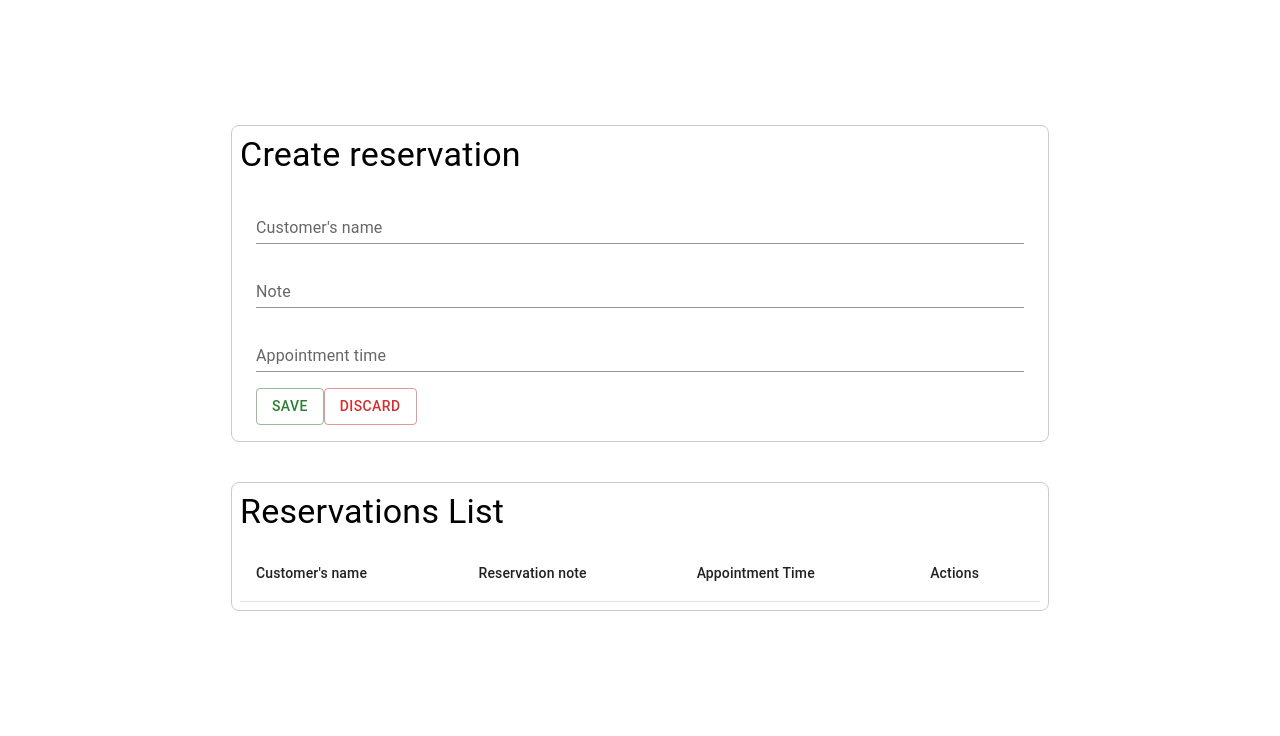
Repository: dovix58/PSP
Page: /beauty (app in frontEnd/)
These files come from the project's save history. The page is drawn as it stood at one moment and after the next save; the edit follows.
The browser window is 1280 px wide. The pictures show the whole page.
The page's requests for data from a server got no answer. The project was rebuilt for these pictures with package versions that can differ from the ones it lists, and the page was loaded fresh each time. No one was signed in, and anything a server would have sent is missing. Also part of the build but not shown: frontEnd/vite.config.ts, frontEnd/src/LandingPage.tsx, frontEnd/src/api/productAPI.ts, frontEnd/src/CreateOrder.tsx, frontEnd/src/api/OrderApi.ts, frontEnd/src/PaymentModal.tsx, frontEnd/src/OrderList.tsx, frontEnd/src/Styles.ts and 3 more.

Above is the page before, as saved 2024-12-19 13:50:01.

### frontEnd/src/main.tsx
import React from 'react';
import ReactDOM from 'react-dom/client';
import {createBrowserRouter, RouterProvider} from "react-router-dom";
import LandingPage from "./LandingPage";
import CateringPage from "./CatringPage";
import BeautyPage from "./BeautyPage";

const router = createBrowserRouter([
    {
        path: '/',
        element: <LandingPage />
    },
    {
        path: '/catering',
        element: <CateringPage />
    },
    {
        path: "/beauty",
        element: <BeautyPage/>
    }
]);
ReactDOM.createRoot(
    document.getElementById('root') as HTMLElement
).render(
    <React.StrictMode>
        <RouterProvider router={router} />
    </React.StrictMode>
);

### frontEnd/src/BeautyPage.tsx
import React from "react";
import { Box } from "@mui/material";
import ReservationList from "./ReservationList";
import CreateReservation from "./CreateReservation";

export default function BeautyPage() {
  return (
    <Box
      component="div"
      sx={{
        display: "flex",
        flexDirection: "column",
        alignItems: "center",
        justifyContent: "center",
        height: "100vh",
        gap: 3,
      }}
    >
      <CreateReservation />
      <ReservationList />
    </Box>
  );
}

### frontEnd/src/ReservationList.tsx
import React, { useEffect, useState } from "react";
import { format } from "date-fns";
import {
  Box,
  Typography,
  CircularProgress,
  Table,
  TableContainer,
  TableHead,
  TableRow,
  TableCell,
  TableBody,
  Button,
} from "@mui/material";

interface Reservation {
  id: string; // UUID
  businessId: string; // UUID
  userId: string; // UUID
  customer: string;
  note: string;
  createdAt: string; // ISO 8601 DateTime format
  updatedAt: string; // ISO 8601 DateTime format
  appointmentTime: string; // ISO 8601 DateTime format
}

type ReservationsResponse = Reservation[];

export default function ReservationList() {
  const [reservations, setReservations] = useState<null | ReservationsResponse>(
    null
  );
  const [isLoading, setIsLoading] = useState(false);

  //Handler for a delete button
  const onDeleteHandler = async (id: string) => {
    try {
      const success = await deleteReservations(id);
      if (success) {
        await getReservations(); // Fetch updated reservations only on success
      }
    } catch (error) {
      console.error("Error during deletion:", error);
    }
  };

  const deleteReservations = async (id: string): Promise<boolean> => {
    try {
      const response = await fetch(`api/v1/reservations/${id}`, {
        method: "DELETE",
      });
      if (response.status === 204) {
        console.log("Reservation deleted successfully.");
        return true;
      } else {
        console.error("Failed to delete the reservation.");
        return false;
      }
    } catch (error) {
      console.error("Error during deletion:", error);
      return false;
    }
  };

  const getReservations = async () => {
    setIsLoading(true);
    try {
      const res = await fetch("api/v1/reservations");
      const resData = await res.json();
      console.log(resData);
      setReservations(resData);
      setIsLoading(false);
    } catch (e) {
      setIsLoading(false);
      console.error("Error fetching reservations:", e);
    }
  };

  useEffect(() => {
    getReservations();
  }, []);
  return (
    <Box
      sx={{
        border: "1px solid #ccc",
        borderRadius: "8px",
        padding: "8px",
        margin: "8px 0",
        maxHeight: 400,
        width: 800,
        overflowY: "auto",
      }}
    >
      <Typography variant="h4" gutterBottom>
        Reservations List
      </Typography>{" "}
      {isLoading ? (
        <CircularProgress />
      ) : reservations != null && reservations.length === 0 ? (
        <Typography variant="h6">No reservations are made...</Typography>
      ) : (
        <TableContainer>
          <Table>
            <TableHead>
              <TableRow>
                <TableCell align="left">Customer's name</TableCell>
                <TableCell align="left">Reservation note</TableCell>
                <TableCell align="left">Appointment Time</TableCell>
                <TableCell align="left">Actions</TableCell>
              </TableRow>
            </TableHead>
            <TableBody>
              {reservations?.map((r, index) => (
                <TableRow key={r.id}>
                  <TableCell align="left">{r.customer}</TableCell>
                  <TableCell align="left">{r.note}</TableCell>
                  <TableCell align="left">
                    {format(new Date(r.appointmentTime), "MMMM d, yyyy hh:mm ")}
                  </TableCell>
                  <TableCell align="left">
                    <Button
                      variant="outlined"
                      color="error"
                      onClick={() => onDeleteHandler(r.id)}
                    >
                      Delete
                    </Button>
                  </TableCell>
                </TableRow>
              ))}
            </TableBody>
          </Table>
        </TableContainer>
      )}
    </Box>
  );
}

### frontEnd/src/CreateReservation.tsx
import React from "react";
import { Box, Typography, TextField, Stack, Button } from "@mui/material";

export default function CreateReservation() {
  return (
    <Box
      sx={{
        border: "1px solid #ccc",
        borderRadius: "8px",
        padding: "8px",
        margin: "8px 0",
        maxHeight: 400,
        width: 800,
        overflowY: "auto",
      }}
    >
      <Typography variant="h4" gutterBottom>
        Create reservation
      </Typography>
      <Box sx={{ display: "flexColumn", px: 2, py: 1 }}>
        <form>
          <Stack spacing={2}>
            <TextField id="name" label="Customer's name" variant="standard" />
            <TextField id="note" label="Note" variant="standard" />
            <TextField id="time" label="Appointment time" variant="standard" />
            <Stack direction="row" sapcing={3}>
              <Button variant="outlined" color="success">
                Save
              </Button>
              <Button variant="outlined" color="error">
                Discard
              </Button>
            </Stack>
          </Stack>
        </form>
      </Box>
    </Box>
  );
}

Loaded but not shown: frontEnd/index.html (common file)

After the next save:
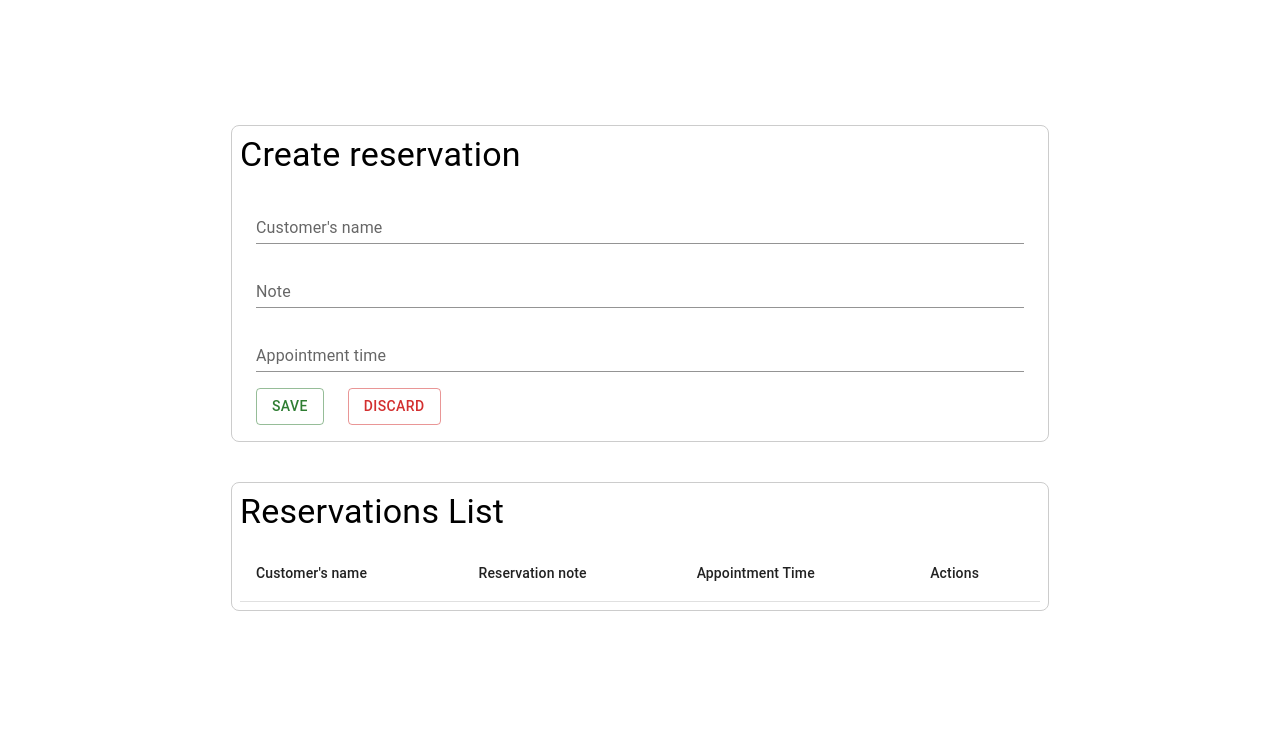
Saved 14 s later.
--- a/frontEnd/src/CreateReservation.tsx
+++ b/frontEnd/src/CreateReservation.tsx
@@ -23,7 +23,7 @@ export default function CreateReservation() {
             <TextField id="name" label="Customer's name" variant="standard" />
             <TextField id="note" label="Note" variant="standard" />
             <TextField id="time" label="Appointment time" variant="standard" />
-            <Stack direction="row" sapcing={3}>
+            <Stack direction="row" spacing={3}>
               <Button variant="outlined" color="success">
                 Save
               </Button>
